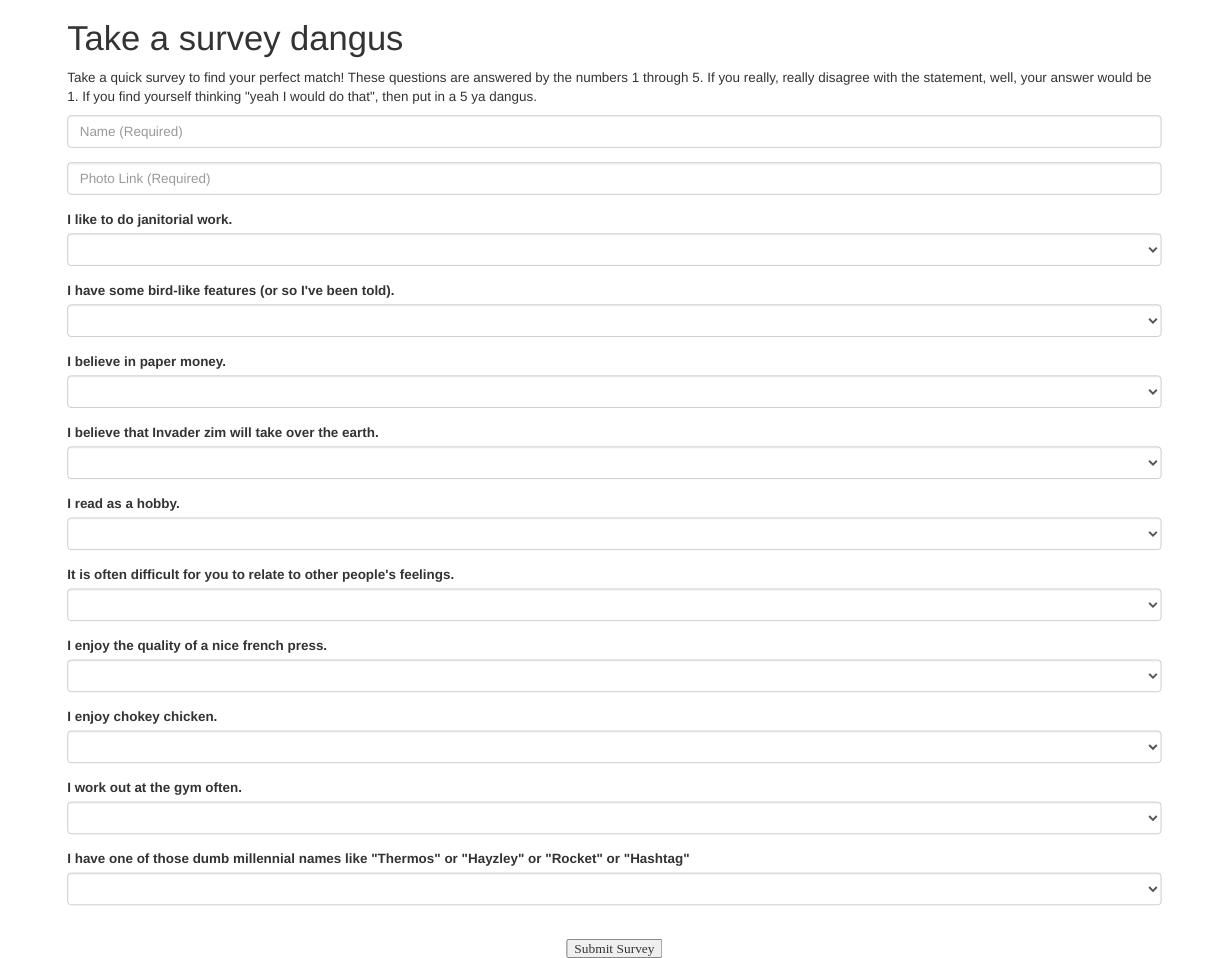
Repository: kcummings1/Mate-Matcher
Page: public/survey.html
An editor plug-in stored every save of this project. The page is shown before and after the next save, followed by the edit.
The browser window is 1280 px wide. The pictures show the whole page, at 96% of full size.
Some web libraries are served in a nearby version.

Above is the page before, as saved 2019-10-05 12:26:43.

### public/survey.html
<!DOCTYPE html>
<html>

<head>
    <title>Friend Finder | Survey</title>
    <!--===================\\BootStrap//===================-->
    <link rel="stylesheet" href="https://maxcdn.bootstrapcdn.com/bootstrap/3.3.7/css/bootstrap.min.css">
    <link rel="stylesheet" href="https://maxcdn.bootstrapcdn.com/font-awesome/4.7.0/css/font-awesome.min.css">
</head>
<body>

    <div class="container">

        <h1>Take a survey dangus</h1>
        <p>Take a quick survey to find your perfect match! These questions are answered by the numbers 1 through 5. If
            you really, really disagree with the statement, well, your answer would be 1. If you find yourself thinking
            "yeah I would do that", then put in a 5 ya dangus.</p>
        <form>
            <div class="form-group">
                <input id="name" type="text" class="form-control" placeholder="Name (Required)">
            </div>
            <div class="form-group">
                <input id="photo" type="text" class="form-control" placeholder="Photo Link (Required)">
            </div>
            <div class="form-group">
                <label for="q1">I like to do janitorial work.</label>
                <select class="form-control" id="q1">
                    <option value="empty"></option>
                    <option value="1">1 (I Do not like that at all!!)</option>
                    <option value="2">2</option>
                    <option value="3">3 (Meh)</option>
                    <option value="4">4</option>
                    <option value="5">5 (I do like that A lot!!)</option>
                </select>
            </div>
            <div class="form-group">
                <label for="question2">I have some bird-like features (or so I've been told).</label>
                <select class="form-control" id="question2">
                    <option value="empty"></option>
                    <option value="1">1</option>
                    <option value="2">2</option>
                    <option value="3">3</option>
                    <option value="4">4</option>
                    <option value="5">5</option>
                </select>
            </div>
            <div class="form-group">
                <label for="question3">I believe in paper money.</label>
                <select class="form-control" id="question3">
                    <option value="empty"></option>
                    <option value="1">1</option>
                    <option value="2">2</option>
                    <option value="3">3</option>
                    <option value="4">4</option>
                    <option value="5">5</option>
                </select>
            </div>
            <div class="form-group">
                <label for="question4">I believe that Invader zim will take over the earth.</label>
                <select class="form-control" id="question4">
                    <option value="empty"></option>
                    <option value="1">1</option>
                    <option value="2">2</option>
                    <option value="3">3</option>
                    <option value="4">4</option>
                    <option value="5">5</option>
                </select>
            </div>
            <div class="form-group">
                <label for="question5">I read as a hobby.</label>
                <select class="form-control" id="question5">
                    <option value="empty"></option>
                    <option value="1">1</option>
                    <option value="2">2</option>
                    <option value="3">3</option>
                    <option value="4">4</option>
                    <option value="5">5</option>
                </select>
            </div>
            <div class="form-group">
                <label for="question6">It is often difficult for you to relate to other people's feelings.</label>
                <select class="form-control" id="question6">
                    <option value="empty"></option>
                    <option value="1">1</option>
                    <option value="2">2</option>
                    <option value="3">3</option>
                    <option value="4">4</option>
                    <option value="5">5</option>
                </select>
            </div>
            <div class="form-group">
                <label for="question7">I enjoy the quality of a nice french press.</label>
                <select class="form-control" id="question7">
                    <option value="empty"></option>
                    <option value="1">1</option>
                    <option value="2">2</option>
                    <option value="3">3</option>
                    <option value="4">4</option>
                    <option value="5">5</option>
                </select>
            </div>
            <div class="form-group">
                <label for="question8">I enjoy chokey chicken.</label>
                <select class="form-control" id="question8">
                    <option value="empty"></option>
                    <option value="1">1</option>
                    <option value="2">2</option>
                    <option value="3">3</option>
                    <option value="4">4</option>
                    <option value="5">5</option>
                </select>
            </div>
            <div class="form-group">
                <label for="question9">I work out at the gym often.</label>
                <select class="form-control" id="question9">
                    <option value="empty"></option>
                    <option value="1">1</option>
                    <option value="2">2</option>
                    <option value="3">3</option>
                    <option value="4">4</option>
                    <option value="5">5</option>
                </select>
            </div>
            <div class="form-group">
                <label for="question10">I have one of those dumb millennial names like "Thermos" or "Hayzley" or
                    "Rocket" or "Hashtag"</label>
                <select class="form-control" id="question10">
                    <option value="empty"></option>
                    <option value="1">1</option>
                    <option value="2">2</option>
                    <option value="3">3</option>
                    <option value="4">4</option>
                    <option value="5">5</option>
                </select>
            </div>
        </form>
        <div class="text-center"><br>
            <input type="submit" class="fa fa-pencil survey-button" value="Submit Survey" id="submit">
        </div>

        <!-- Modal after survey completion -->
        <div id="bestFriendModal" class="modal fade" role="dialog">
            <div class="modal-dialog">
                <div class="modal-content">
                    <div class="modal-header">

                        <h3 class="modal-title">Your New Best Friend</h1>
                    </div>
                    <div class="modal-body">
                        <h2 id="bestFriend"></h2>

                    </div>
                    <div class="modal-footer">
                        <!-- <img id="bestFriendPhoto" src="#"> <button type="button" class="btn btn-default" data-dismiss="modal">Close</button> -->
                    </div>
                </div>
            </div>
        </div>
    </div>



    <script src="https://code.jquery.com/jquery-3.2.1.min.js"
        integrity="sha256-hwg4gsxgFZhOsEEamdOYGBf13FyQuiTwlAQgxVSNgt4=" crossorigin="anonymous"></script>
    <script src="https://maxcdn.bootstrapcdn.com/bootstrap/3.3.7/js/bootstrap.min.js"></script>
</body>

</html>

<script type="text/javascript">
    $("#submitBtn").on("click", function (event) {
        event.preventDefault();
        // Form validation
        var valid = true;
        if ($("#name").val() === "" ||
            $("#photo").val() === "") {
            valid = false;
        } else if ($("#question1").val() === "empty" ||
            $("#question2").val() === "empty" ||
            $("#question3").val() === "empty" ||
            $("#question4").val() === "empty" ||
            $("#question5").val() === "empty" ||
            $("#question6").val() === "empty" ||
            $("#question7").val() === "empty" ||
            $("#question8").val() === "empty" ||
            $("#question9").val() === "empty" ||
            $("#question10").val() === "empty") {
            valid = false;
        }
        if (valid === true) {
            var newUser = {
                name: $("#name").val().trim(),
                photo: $("#photo").val().trim(),
                scores: [
                    $("#question1").val(),
                    $("#question2").val(),
                    $("#question3").val(),
                    $("#question4").val(),
                    $("#question5").val(),
                    $("#question6").val(),
                    $("#question7").val(),
                    $("#question8").val(),
                    $("#question9").val(),
                    $("#question10").val()
                ]
            };
            var currentURL = window.location.origin;
            // Ajax call for receiving response after POST req
            $.post(currentURL + "/api/friends", newUser, function (data) {
                $("#bestFriend").text(data.name);
                $("#bestFriendPhoto").attr("src", data.photo);
                $("#bestFriendModal").modal("toggle");
            });
        } else {
            // If a required field is missing, show alert
            alert("Survey is incomplete!");
        }
    });
</script>

After the next save:
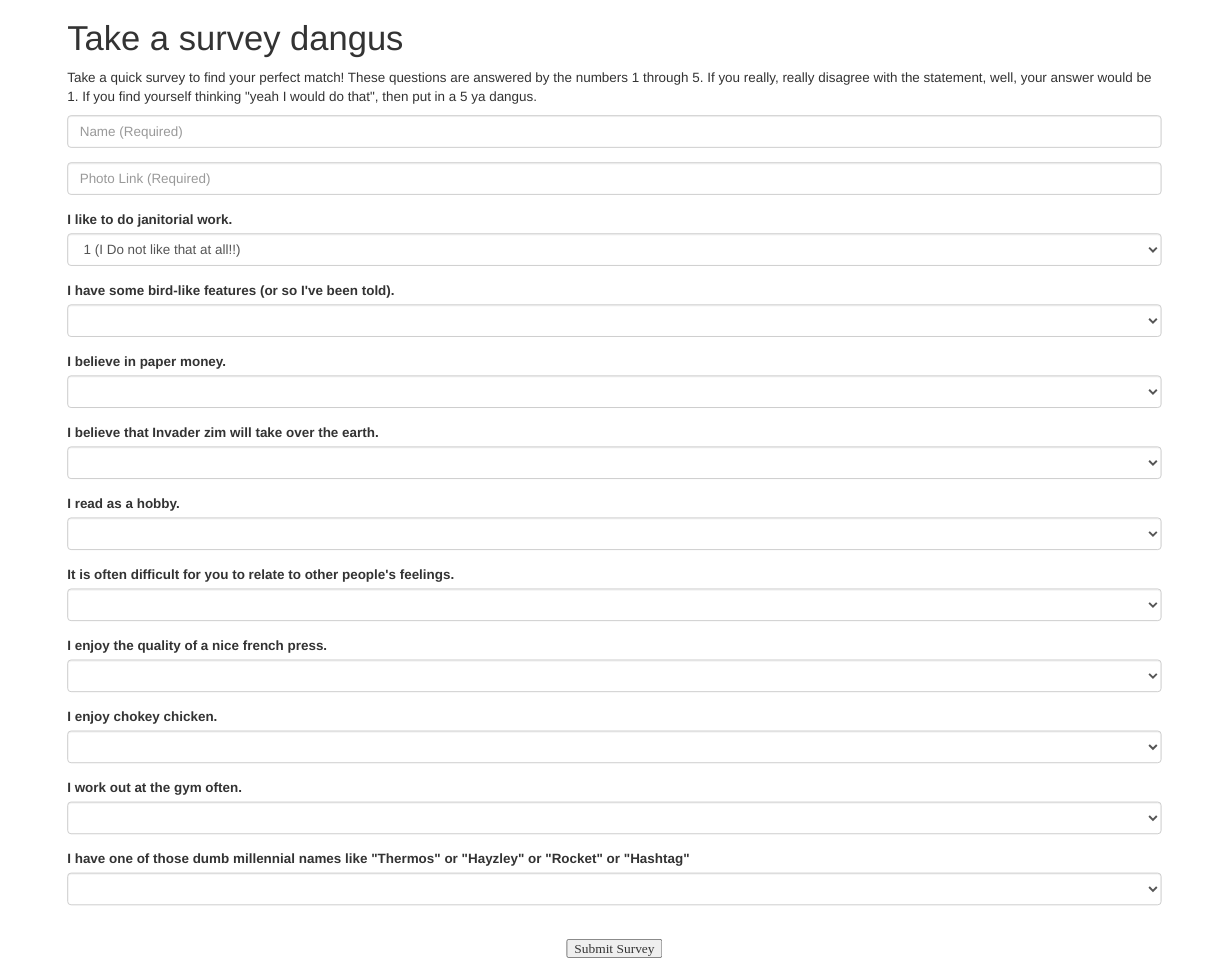
Saved 2 min 0 s later.
--- a/public/survey.html
+++ b/public/survey.html
@@ -25,7 +25,7 @@
             <div class="form-group">
                 <label for="q1">I like to do janitorial work.</label>
                 <select class="form-control" id="q1">
-                    <option value="empty"></option>
+
                     <option value="1">1 (I Do not like that at all!!)</option>
                     <option value="2">2</option>
                     <option value="3">3 (Meh)</option>

After the save that followed:
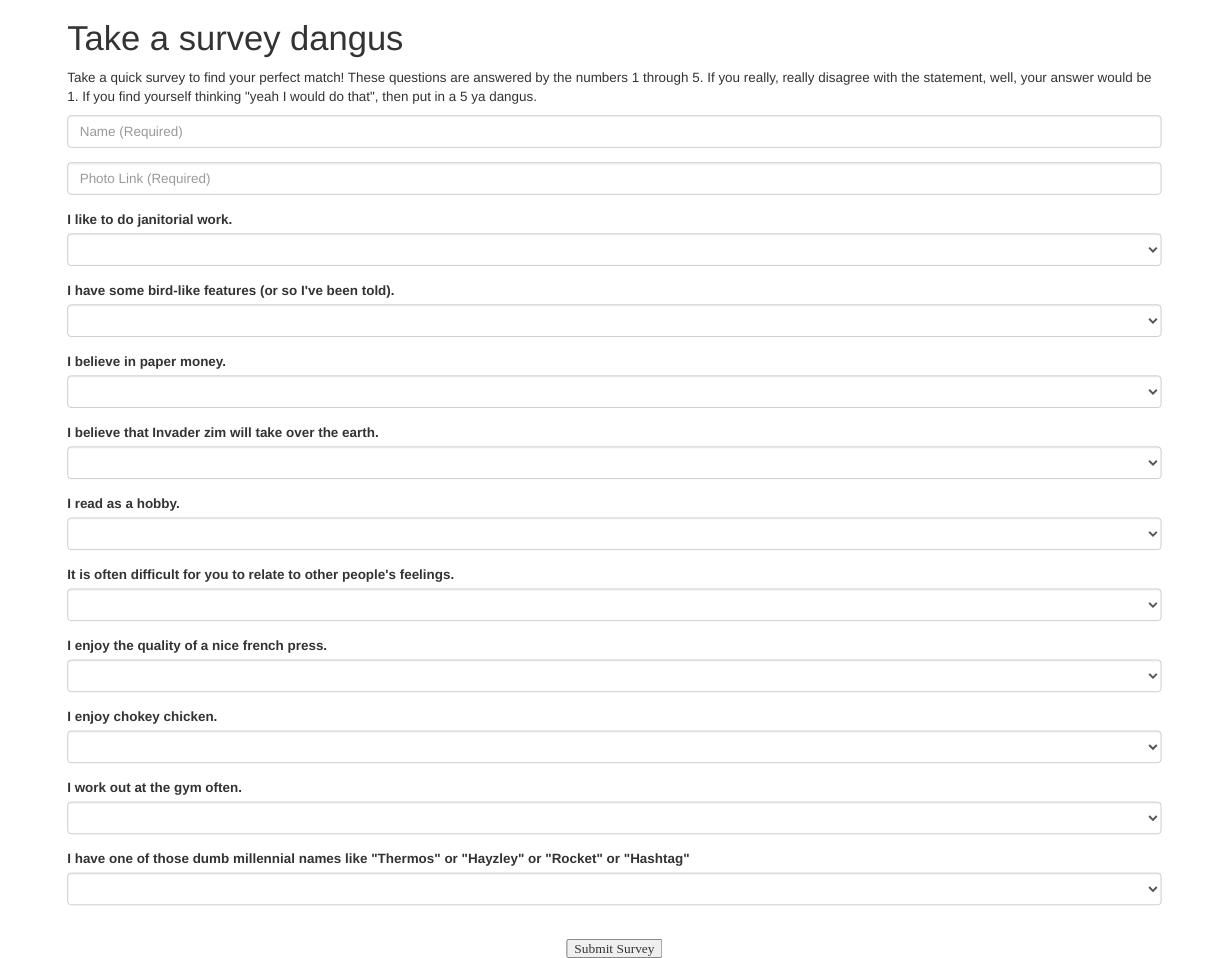
Saved 13 s later.
--- a/public/survey.html
+++ b/public/survey.html
@@ -25,7 +25,7 @@
             <div class="form-group">
                 <label for="q1">I like to do janitorial work.</label>
                 <select class="form-control" id="q1">
-
+                    <option value="empty"></option>
                     <option value="1">1 (I Do not like that at all!!)</option>
                     <option value="2">2</option>
                     <option value="3">3 (Meh)</option>
